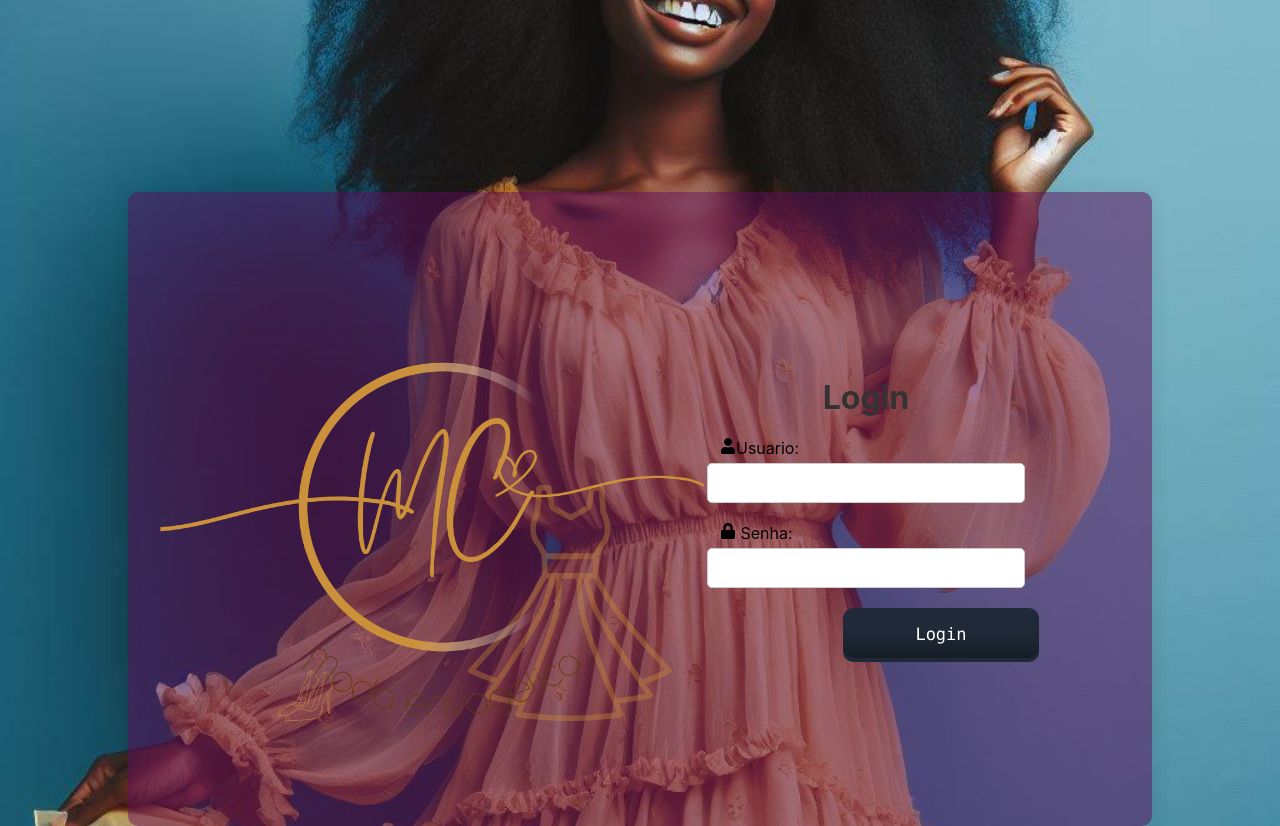
Repository: Mixchelle/ecommerce-moda-evangelica
Page: /login-admin
The author's editor kept a copy of each file at every save. The page is drawn from the files as they stood at one save, then again after the next save.
The browser window is 1280 px wide. The pictures show the whole page.
The project was rebuilt for these pictures with package versions that can differ from the ones it lists, and the page was loaded fresh each time. Also part of the build but not shown: src/components/Header.js, src/components/CategoriesFilter.js, src/pages/Home.js, src/pages/Login.js, src/pages/Admin.js, src/pages/Cart.js.

Above is the page before, as saved 2024-04-29 22:15:08.

### src/App.js
import React from 'react';
import { BrowserRouter as Router, Routes, Route } from 'react-router-dom';
import './App.css';
import Home from './pages/Home';
import Login from './pages/Login';
import LoginAdmin from './pages/LoginAdmin';
import Admin from './pages/Admin';
import Cart from './pages/Cart';

function App() {
  return (
    <Router>
      <div className="App">
        <Routes>
          <Route exact path="/" element={<Home />} />
          <Route path="/login" element={<Login />} />
          <Route path="/login-admin" element={<LoginAdmin />} />
          <Route path="/admin" element={<Admin />} />
          <Route path="/cart" element={<Cart />} />
        </Routes>
      </div>
    </Router>
  );
}

export default App;

### src/pages/LoginAdmin.jsx
import React, { useState } from 'react';
import { FaUser, FaLock } from 'react-icons/fa';
import '../style/Login.css';
import logo from '../assets/logo-sem-fundo.png';

const LoginAdmin = () => {

    const [username, setUsername] = useState('');
    const [password, setPassword] = useState('');
    // Usando o hook useWebSocket para receber dados do WebSocket

    const handleSubmit = async (e) => {
      e.preventDefault();
      try {

      } catch (error) {

      }
    };


    return (
      <div className="login-container">
        <div className="image-container">
          <img src={logo} alt="Logo da Empresa" />
        </div>
        <div className="form-container">
          <h1>Login</h1>
          <form onSubmit={handleSubmit}>
            <div className="form-group">
              <label htmlFor="username">
                <FaUser />
                Usuario:
              </label>
              <input
                type="text"
                id="username"
                name="username"
                value={username}
                onChange={(e) => setUsername(e.target.value)}
              />
            </div>
            <div className="form-group">
              <label htmlFor="password">
                <FaLock /> Senha:
              </label>
              <input
                type="password"
                id="password"
                name="password"
                value={password}
                onChange={(e) => setPassword(e.target.value)}
              />
            </div>
            <button type="submit">
              <span className="transition"></span>
              <span className="gradient"></span>
              <span className="label">Login</span>
            </button>
          </form>
        </div>
      </div>
    );
  };

  export default LoginAdmin;

### src/style/Login.css
body {
  background-image: url('../assets/OIG2.3KeraQGUKquJ4o.jpeg');
  background-size: cover;
  background-repeat: no-repeat;
  background-position: center;
  height: 78vh;
  margin: 0;
  padding: 0;
}

.login-container {
  margin-top: 15%;
  margin-bottom: auto;
  margin-left: auto;
  margin-right: auto;
  display: flex;
  width: 80%;
  justify-content: center;
  align-items: center;
  background-color: rgba(92, 10, 88, 0.5);
  border-radius: 10px;
  box-shadow: 0 0 20px rgba(0, 0, 0, 0.1);
}

.image-container {
  flex: 1;
}

.image-container img {
  max-width: 120%;
  flex: 1;
  padding: 20px;
}

.form-container {
  flex: 1;

  margin-right: 40px;
}

.form-container h1 {
  color: #333;
  text-align: center;
}

.form-group {
  margin-bottom: 20px;
  text-align: center;
}

.form-group label {
  display: block;
  margin-bottom: 5px;
  text-align: left;
  margin-left: 100px;
}

.form-group input {
  width: 60%;
  padding: 10px;
  font-size: 16px;
  border: 1px solid #ccc;
  border-radius: 5px;
  outline: none;
}

button {
  width: 40%;
  padding: 10px;
  font-size: 18px;
  color: #fff;
  background-color: #007bff; /* Azul moderno */
  border: none;
  border-radius: 5px;
  cursor: pointer;
  outline: none;
  transition: background-color 0.3s ease;
  margin-left: 150px;
}

button:hover {
  background-color: #0056b3; /* Azul mais escuro ao passar o mouse */
}

button {
  font-family: ui-monospace, SFMono-Regular, Menlo, Monaco, Consolas,
    'Liberation Mono', 'Courier New', monospace;
  font-size: 17px;
  padding: 1em 2.7em;
  font-weight: 500;
  background: #1f2937;
  color: white;
  border: none;
  position: relative;
  overflow: hidden;
  border-radius: 0.6em;
  cursor: pointer;
  text-align: center;
}

.gradient {
  position: absolute;
  width: 100%;
  height: 100%;
  left: 0;
  top: 0;
  border-radius: 0.6em;
  margin-top: -0.25em;
  background-image: linear-gradient(
    rgba(0, 0, 0, 0),
    rgba(0, 0, 0, 0),
    rgba(0, 0, 0, 0.3)
  );
}

.label {
  position: relative;
  top: -1px;
}

.transition {
  transition-timing-function: cubic-bezier(0, 0, 0.2, 1);
  transition-duration: 500ms;
  background-color: rgba(16, 185, 129, 0.6);
  border-radius: 9999px;
  width: 0;
  height: 0;
  position: absolute;
  left: 50%;
  top: 50%;
  transform: translate(-50%, -50%);
}

button:hover .transition {
  width: 14em;
  height: 14em;
}

button:active {
  transform: scale(0.97);
}

Loaded but not shown: public/index.html (common file); src/index.js (common file); src/index.css (common file); src/reportWebVitals.js (common file); src/App.css (common file)

After the next save:
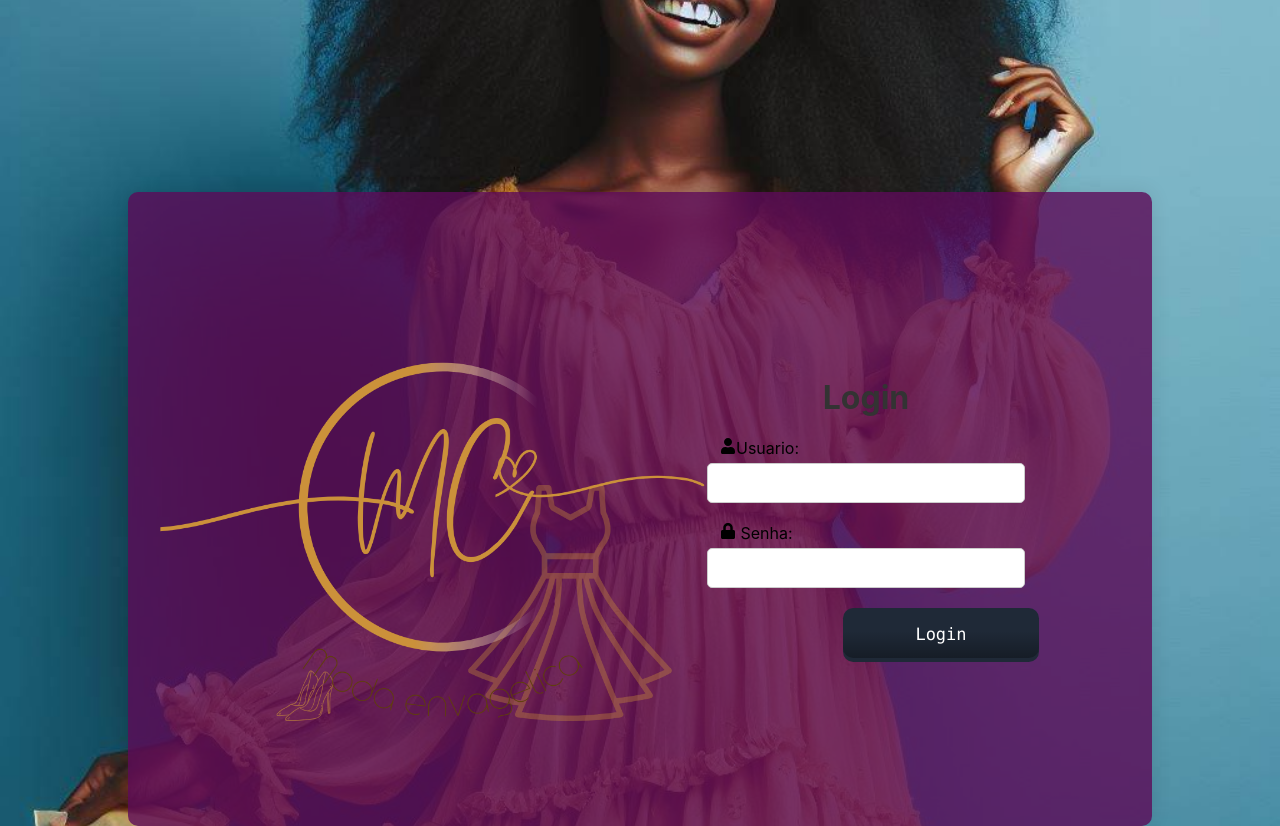
Saved 6 s later.
--- a/src/style/Login.css
+++ b/src/style/Login.css
@@ -17,7 +17,7 @@
   width: 80%;
   justify-content: center;
   align-items: center;
-  background-color: rgba(92, 10, 88, 0.5);
+  background-color: rgba(92, 10, 88, 0.8);
   border-radius: 10px;
   box-shadow: 0 0 20px rgba(0, 0, 0, 0.1);
 }
